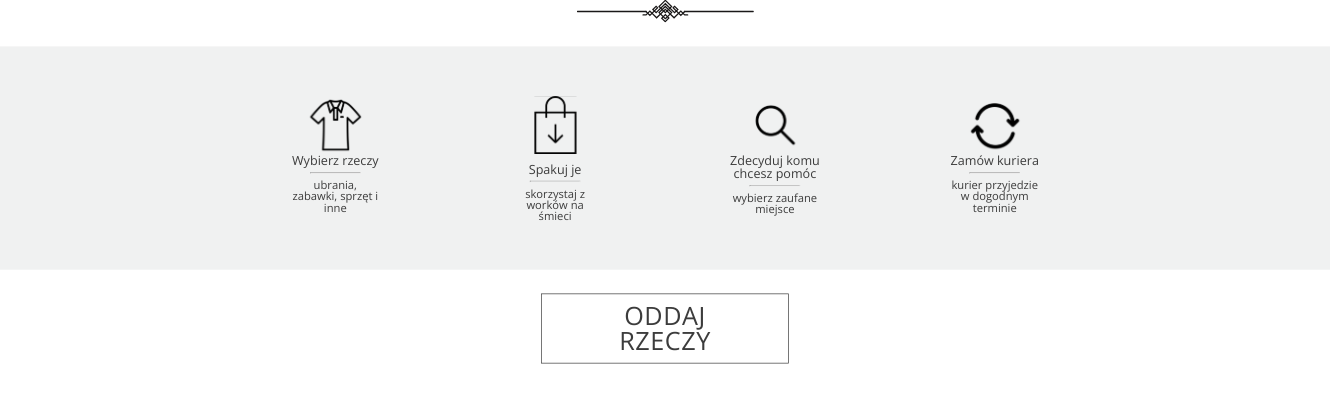
Repository: tomekwoojcik/oddam-w-dobre-rence
Page: /
The author's editor kept a copy of each file at every save. The page is drawn from the files as they stood at one save, then again after the next save.
The browser window is 1280 px wide. The page is 1900 px wide, so the pictures cover 1900 px, including what lies to the right of the window. The pictures show the part of the page from y = 1466 to 2746 px (the page is 2065 px tall before and 3000 px after), at 70% of full size.
The project was rebuilt for these pictures with package versions that can differ from the ones it lists, and the page was loaded fresh each time. Also part of the build but not shown: src/pages/logIn/logIn.js, src/pages/register/register.js.

Above is the page before, as saved 2022-12-08 08:48:50.

After the next save:
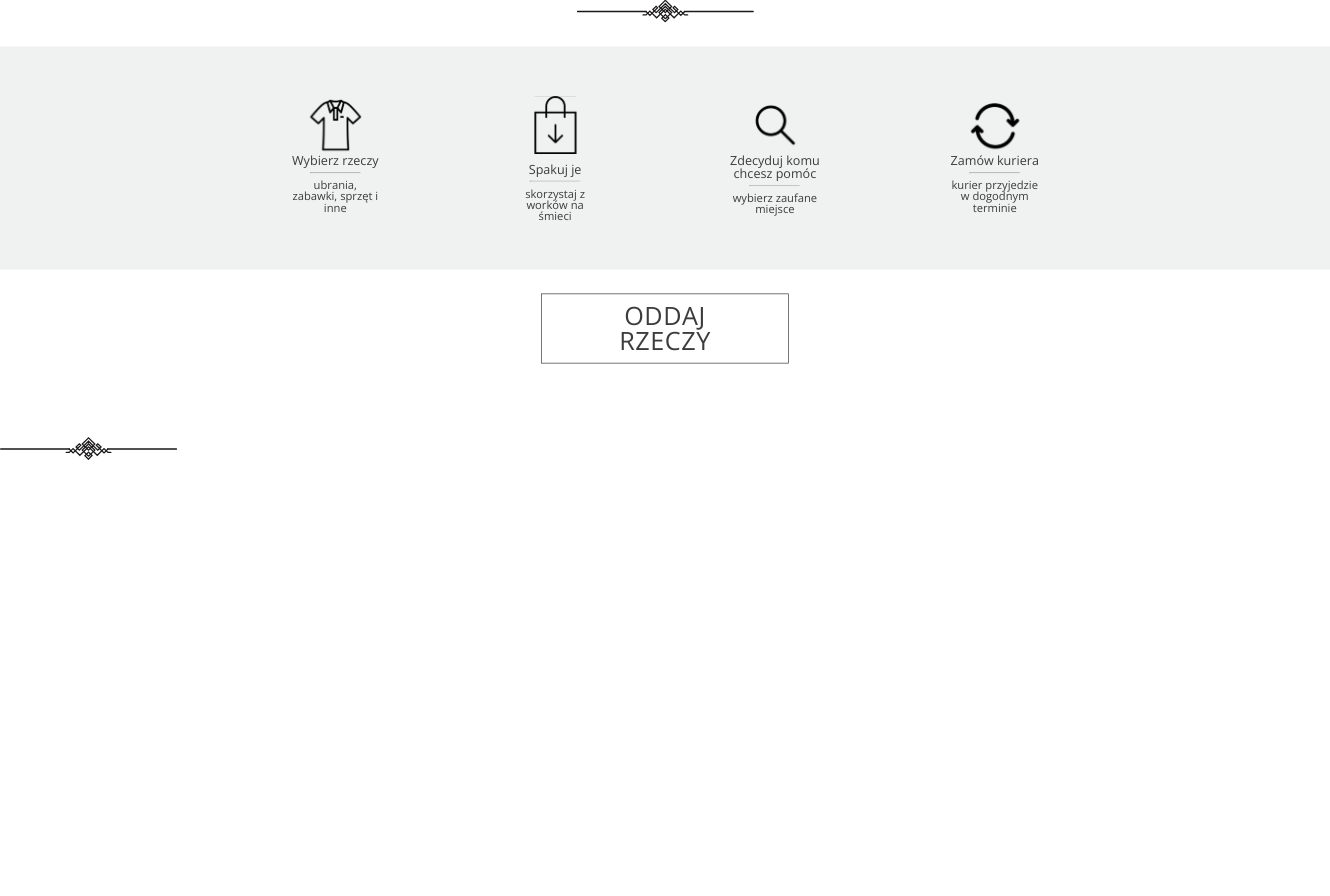
Saved 3 min 11 s later.
--- a/src/pages/home/home.js
+++ b/src/pages/home/home.js
@@ -1,4 +1,5 @@
 import React from 'react'
+import AboutUsBar from '../../components/organisms/aboutUsBar/aboutUsBar'
 import Header from '../../components/organisms/header/header'
 import SimpleSteps from '../../components/organisms/simpleSteps/simpleSteps'
 import ThreeColumns from '../../components/organisms/threeColumns/threeColumns'
@@ -8,7 +9,8 @@ const Home = () => {
     <div className='homePage'>
       <Header />
       <ThreeColumns />
-      <SimpleSteps/>
+      <SimpleSteps />
+      <AboutUsBar/>
     </div>
   )
 }
